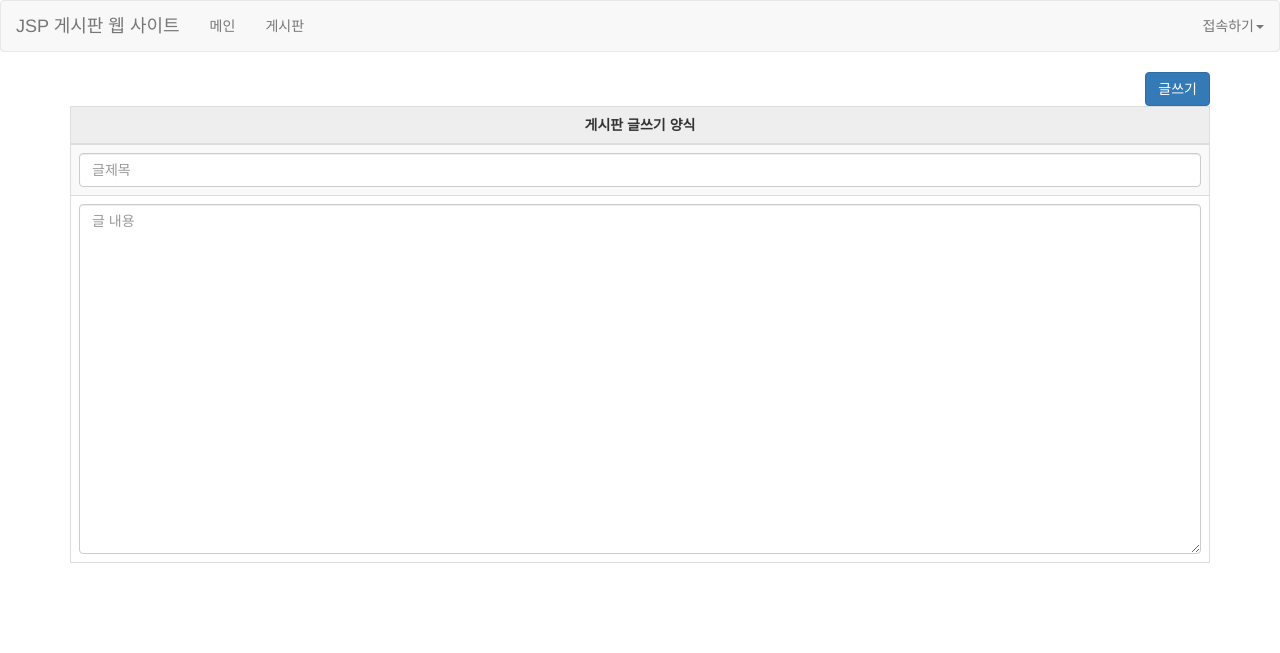
Repository: asdf130700/JSP
Page: http://localhost/BBS/write.jsp
The author's editor kept a copy of each file at every save. The page is drawn from the files as they stood at one save, then again after the next save.
The browser window is 1280 px wide. The pictures show the whole page.
Some web libraries are served in a nearby version. The page is served by Tomcat 9.

Above is the page before, as saved 2020-12-02 06:46:19.

After the next save:
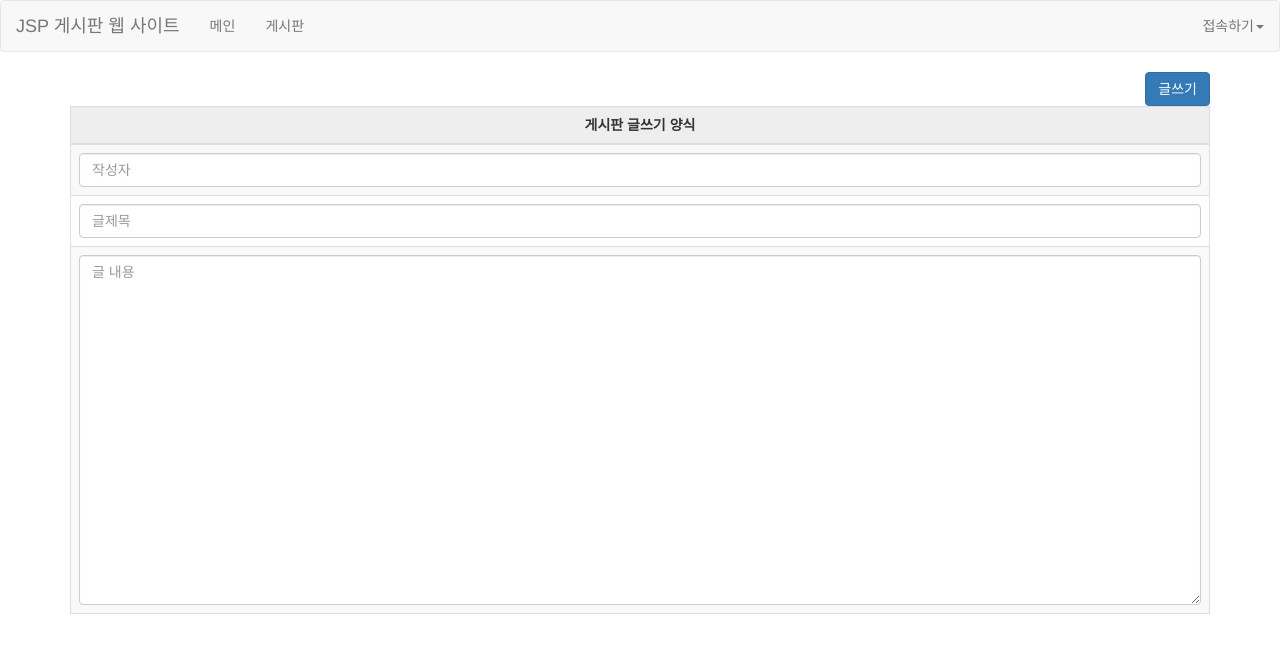
Saved 3 min 32 s later.
--- a/BBS/WebContent/write.jsp
+++ b/BBS/WebContent/write.jsp
@@ -49,6 +49,9 @@
 			</thead>
 			<tbody>
 				<tr>
+				<td><input type="text" class="form-control" placeholder="작성자" name="bbsuserID" maxlength="50"></td>
+				</tr>
+				<tr>
 				<td><input type="text" class="form-control" placeholder="글제목" name="bbsTitle" maxlength="50"></td>
 				</tr>
 				<tr>
